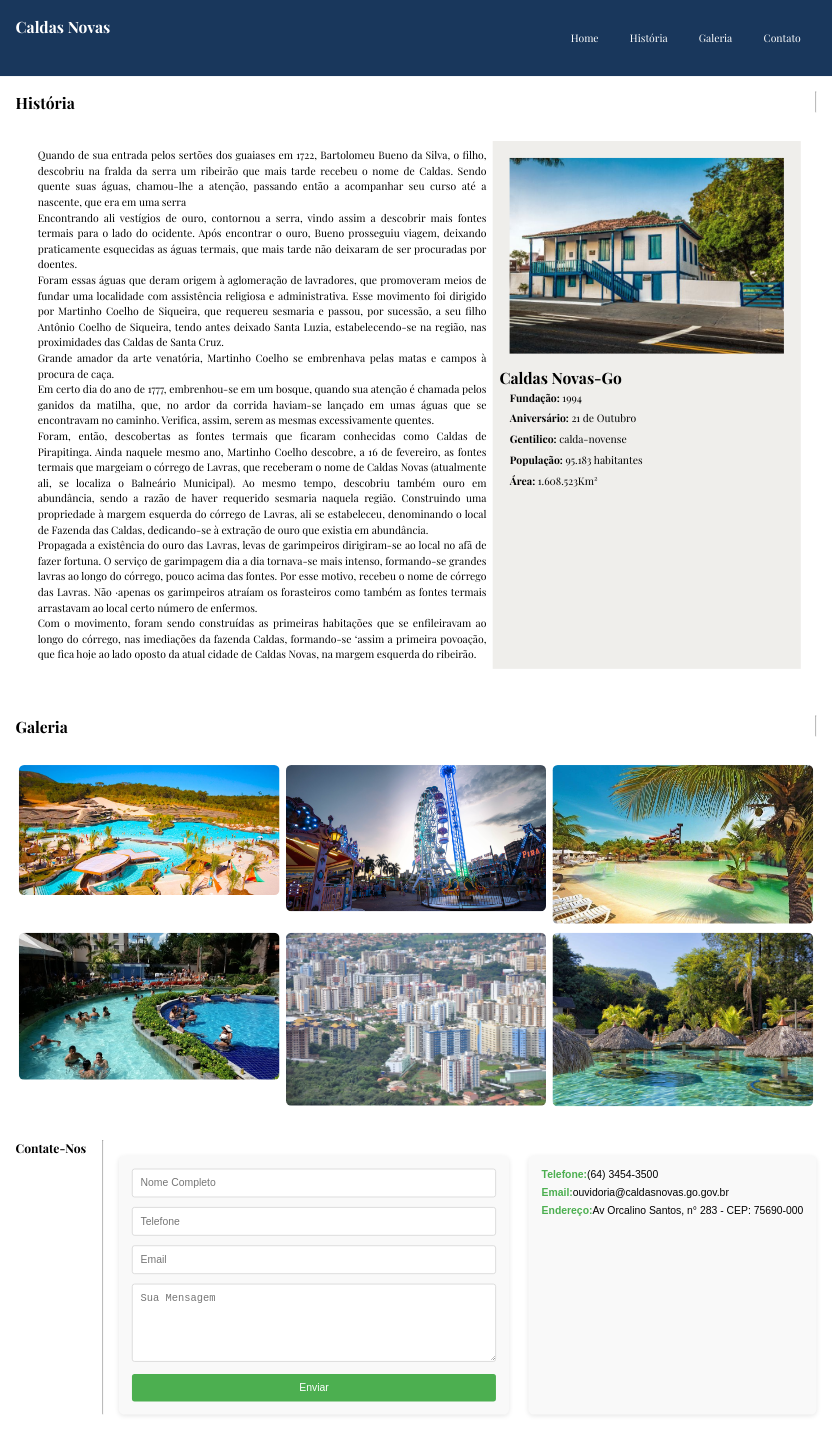
Repository: AbiezerSidonioJoseOdanacaJunior/DesafioLocalTuristico
Page: index.html
The author's editor kept a copy of each file at every save. The page is drawn from the files as they stood at one save, then again after the next save.
The browser window is 1280 px wide. The pictures show the whole page, at 65% of full size.
Some web fonts or font styles are not loaded; a fallback is used.

Above is the page before, as saved 2024-11-11 18:06:00.

### index.html
<!DOCTYPE html>
<html lang="pt-br">
<head>
    <link rel="preconnect" href="https://fonts.googleapis.com">
    <link rel="preconnect" href="https://fonts.gstatic.com" crossorigin>
    <meta charset="UTF-8">
    <meta name="viewport" content="width=device-width, initial-scale=1.0">
    <title>Caldas Novas</title>
    <link rel="stylesheet" href="./css/style.css">
    <link href="https://fonts.googleapis.com/css2?family=Alice&family=Playfair+Display:ital,wght@0,400..900;1,400..900&display=swap" rel="stylesheet">
</head>
<body>
    <div id="page">
        <nav>
            <!-- <img src="./img/clds.png" alt="logo Caldas novas"> -->
             <h1>Caldas Novas</h1>
            <ul>
                <li><a href="#home">Home</a></li>
                <li><a href="#history">História</a></li>
                <li><a href="#gallery">Galeria</a></li>
                <li><a href="#contact">Contato</a></li>
            </ul>
        </nav>
        <main>
            <section id="history">
                <h1>História</h1>
                <hr>
               <div id="about">
                <div id="text-history">
                    <p>Quando de sua entrada pelos sertões dos guaiases em 1722, Bartolomeu Bueno da Silva, o filho, descobriu na fralda da serra um ribeirão que mais tarde recebeu o nome de Caldas. Sendo quente suas águas, chamou-lhe a atenção, passando então a acompanhar seu curso até a nascente, que era em uma serra</p>
                    <p>Encontrando ali vestígios de ouro, contornou a serra, vindo assim a descobrir mais fontes termais para o lado do ocidente. Após encontrar o ouro, Bueno prosseguiu viagem, deixando praticamente esquecidas as águas termais, que mais tarde não deixaram de ser procuradas por doentes.</p>
                    <p>Foram essas águas que deram origem à aglomeração de lavradores, que promoveram meios de fundar uma localidade com assistência religiosa e administrativa. Esse movimento foi dirigido por Martinho Coelho de Siqueira, que requereu sesmaria e passou, por sucessão, a seu filho Antônio Coelho de Siqueira, tendo antes deixado Santa Luzia, estabelecendo-se na região, nas proximidades das Caldas de Santa Cruz.</p>
                    <p>Grande amador da arte venatória, Martinho Coelho se embrenhava pelas matas e campos à procura de caça.</p>
                    <p>Em certo dia do ano de 1777, embrenhou-se em um bosque, quando sua atenção é chamada pelos ganidos da matilha, que, no ardor da corrida haviam-se lançado em umas águas que se encontravam no caminho. Verifica, assim, serem as mesmas excessivamente quentes.</p>
                    <p>Foram, então, descobertas as fontes termais que ficaram conhecidas como Caldas de Pirapitinga. Ainda naquele mesmo ano, Martinho Coelho descobre, a 16 de fevereiro, as fontes termais que margeiam o córrego de Lavras, que receberam o nome de Caldas Novas (atualmente ali, se localiza o Balneário Municipal). Ao mesmo tempo, descobriu também ouro em abundância, sendo a razão de haver requerido sesmaria naquela região. Construindo uma propriedade à margem esquerda do córrego de Lavras, ali se estabeleceu, denominando o local de Fazenda das Caldas, dedicando-se à extração de ouro que existia em abundância.</p>
                    <p>Propagada a existência do ouro das Lavras, levas de garimpeiros dirigiram-se ao local no afã de fazer fortuna. O serviço de garimpagem dia a dia tornava-se mais intenso, formando-se grandes lavras ao longo do córrego, pouco acima das fontes. Por esse motivo, recebeu o nome de córrego das Lavras. Não ·apenas os garimpeiros atraíam os forasteiros como também as fontes termais arrastavam ao local certo número de enfermos.</p>
                    <p>Com o movimento, foram sendo construídas as primeiras habitações que se enfileiravam ao longo do córrego, nas imediações da fazenda Caldas, formando-se ‘assim a primeira povoação, que fica hoje ao lado oposto da atual cidade de Caldas Novas, na margem esquerda do ribeirão.</p>
                </div>
                <div id="image-history">
                    <img src="./img/imghistory.jpg" alt="Imagem Caldas">
                    <h2>Caldas Novas-Go</h2>
                    <p><b>Fundação:</b> 1994 </p>
                    <p><b>Aniversário:</b> 21 de Outubro </p>
                    <p><b>Gentilico:</b> calda-novense </p>
                    <p><b>População:</b> 95.183 habitantes</p>
                    <p><b>Área:</b> 1.608.523Km²</p>
                </div>
               </div>
            </section>
            <section id="gallery">
                <h2>Galeria</h2>
                <hr>
            <div id="fotos">
                <div class="fotos-item">
                    <img src="./img/foto1.jpg" alt=" foto caldas">
                </div>
                <div class="fotos-item">
                    <img src="./img/foto2.jpg" alt=" foto caldas">
                </div>
                <div class="fotos-item">
                    <img src="./img/foto3.jpg" alt=" foto caldas">
                </div>
                <div class="fotos-item">
                    <img src="./img/foto4.jpg" alt=" foto caldas">
                </div>
                <div class="fotos-item">
                    <img src="./img/foto5.jpg" alt=" foto caldas">
                </div>
                <div class="fotos-item">
                    <img src="./img/foto6.jpg" alt=" foto caldas">
                </div>
            </div>
            </section>
            <section id="contact">
                <h3>Contate-Nos</h3>
                <hr>
                <div id="contatos">
                    <div id="formm">
                        <form action="">
                            <input type="text" placeholder="Nome Completo" >
                            <input type="text" placeholder="Telefone">
                            <input type="email" placeholder="Email">
                            <textarea name="textarea" id="" placeholder="Sua Mensagem"></textarea>
                            <button>Enviar</button>
                        </form>
                    </div>
                    <div id="information">
                        <p><b>Telefone:</b>(64) 3454-3500</p>
                        <p><b>Email:</b>ouvidoria@caldasnovas.go.gov.br</p>
                        <p><b>Endereço:</b>Av Orcalino Santos, n° 283 - CEP: 75690-000</p>
                    </div>
                </div>
            </section>
        </main>
    </div>

</body>
</html>

### css/style.css
* {
    padding: 0;
    margin: 0;
    box-sizing: border-box;
}
body{
    font-family: "Playfair Display", serif;
}

nav {
    display: flex;
    background-color: #19375c;
}

nav img {
    width: 116px;
    height: 92px;
}

nav h1{
    color:#fff;
    padding: 24px;
}

ul{
    display: flex;
    padding: 24px;
    margin-left: auto;
}

ul li {
    padding: 24px;
    list-style: none;
}

ul li a {
    text-decoration: none;
    color: #fff;
}

#history {
    width: 100%;
    height: 100%;
    padding: 24px;
    box-sizing: border-box;

}

#about {
    display: flex;
    width: 100%;
    max-width: 100vw;
    overflow-x: hidden;;
    padding: 24px;
}

#text-history {
    flex: 0 0 60%;
    padding: 10px;
    text-align: justify;
    line-height: 24px;
}

#image-history {
    flex: 0 0 40%; /* Ocupa 25% da largura */
    padding: 10px;
    background-color: #efeeeb;
}

#image-history img {
    max-width: 100%;
    height: auto;
    padding: 16px;
}
#image-history p{
    line-height: 32px;
    padding-left: 16px;
}

#gallery{
    width: 100%;
    height: 100%;
    padding: 24px;
    box-sizing: border-box;

}

#fotos {
    display: flex;
    flex-wrap: wrap;
    gap: 10px;
    max-width: 100%;
    justify-content: center;
    margin-top: 24px;
}

.fotos-item {
    flex: 0 0 calc(33.33% - 10px);
    box-sizing: border-box;
}

.fotos-item img{
    width: 100%;
    height: auto;
    border-radius: 8px;
}

#contact {
    width: 100%;
    height: 100%;
    padding: 24px;
    box-sizing: border-box;
}

#contatos {
    display: flex;
    gap: 10px;
    max-width: 100%;
    justify-content: center;
    margin-top: 24px;
}

/* Estilo para o formulário */
form {
    max-width: 600px; /* Define uma largura máxima para o formulário */
    margin: 0 auto; /* Centraliza o formulário na página */
    padding: 20px; /* Adiciona um pouco de espaço interno */
    background-color: #f9f9f9; /* Cor de fundo suave */
    border-radius: 8px; /* Bordas arredondadas */
    box-shadow: 0 2px 8px rgba(0, 0, 0, 0.1); /* Sombra suave ao redor */
    font-family: Arial, sans-serif; /* Define a fonte */
}

/* Estilo para cada campo de input */
form input, form textarea {
    width: 100%; /* Faz com que o campo ocupe toda a largura */
    padding: 12px; /* Espaçamento interno nos campos */
    margin-bottom: 15px; /* Espaçamento entre os campos */
    border: 1px solid #ccc; /* Borda fina */
    border-radius: 4px; /* Bordas arredondadas */
    font-size: 16px; /* Tamanho da fonte */
}

/* Estilo para o textarea */
form textarea {
    resize: vertical; /* Permite redimensionar o campo verticalmente */
    height: 120px; /* Altura do campo de mensagem */
}

/* Estilo para o botão */
form button {
    width: 100%; /* O botão ocupa toda a largura */
    padding: 12px; /* Espaçamento interno */
    background-color: #4CAF50; /* Cor de fundo verde */
    color: white; /* Cor do texto */
    border: none; /* Remove a borda padrão */
    border-radius: 4px; /* Bordas arredondadas */
    font-size: 16px; /* Tamanho da fonte */
    cursor: pointer; /* Altera o cursor para pointer */
    transition: background-color 0.3s ease; /* Transição suave para a cor de fundo */
}

/* Efeito hover no botão */
form button:hover {
    background-color: #45a049; /* Cor de fundo mais escura ao passar o mouse */
}

/* Estilo para o contêiner com as informações */
#information {
    background-color: #f9f9f9; /* Cor de fundo suave */
    padding: 20px; /* Espaçamento interno */
    border-radius: 8px; /* Bordas arredondadas */
    box-shadow: 0 2px 8px rgba(0, 0, 0, 0.1); /* Sombra suave */
    font-family: Arial, sans-serif; /* Fonte padrão */
    max-width: 500px; /* Largura máxima */
    margin-left: 20px; /* Espaçamento à esquerda para afastar do formulário */
}

/* Estilo para cada linha de informação */
#information p {
    font-size: 16px; /* Tamanho da fonte */
    margin-bottom: 10px; /* Espaçamento entre as linhas */
}

#information b {
    font-weight: bold; /* Deixa o texto do <b> em negrito */
    color: #4CAF50; /* Cor verde para destacar o título de cada informação */
}

/* Estilo para o layout geral (formulário + informações) */
section {
    display: flex; /* Alinha o formulário e as informações lado a lado */
    justify-content: space-between; /* Espaço entre os dois elementos */
    gap: 20px; /* Espaço entre o formulário e a seção de informações */
    flex-wrap: wrap; /* Permite que a seção quebre em telas menores */
    padding: 20px;
}

After the next save:
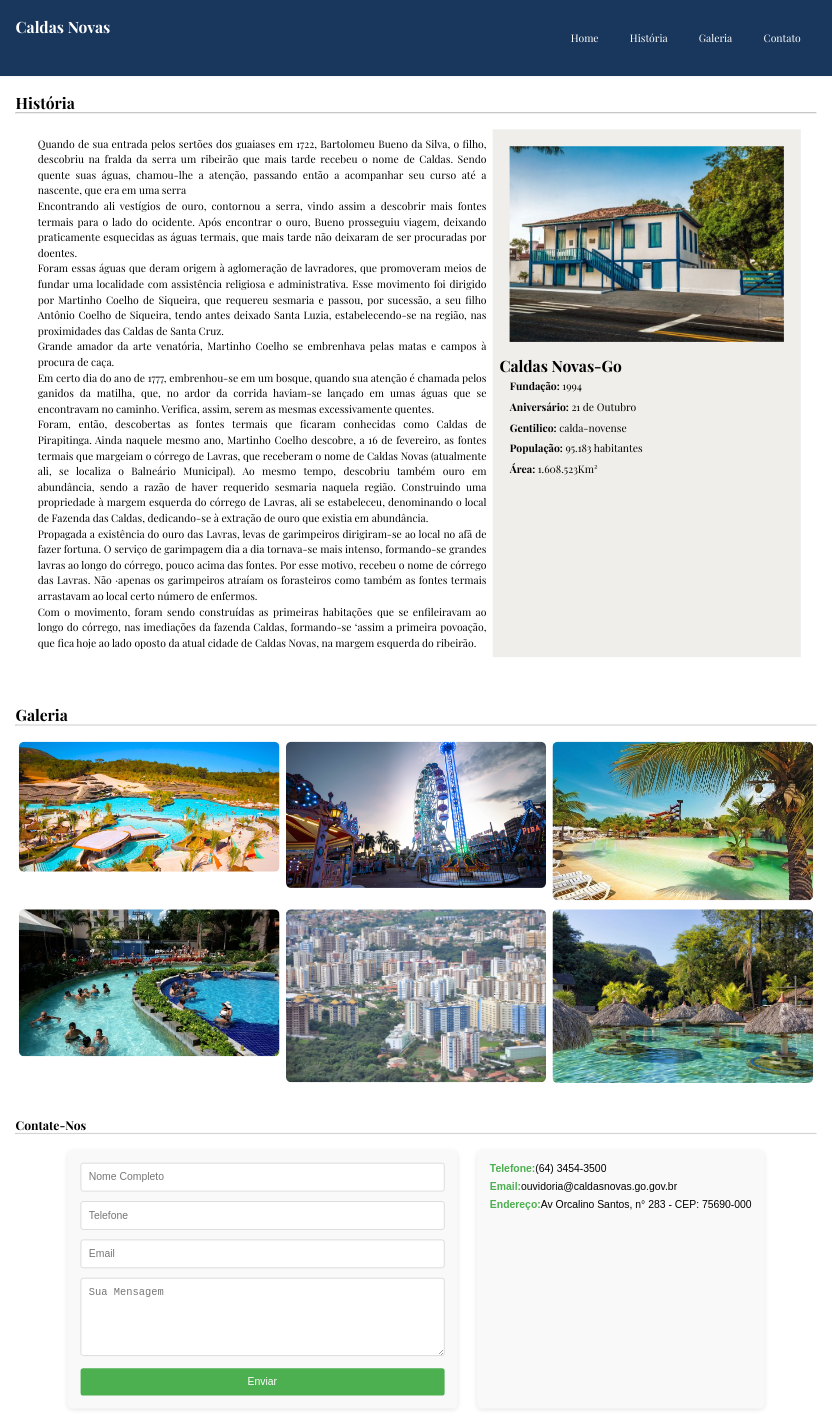
Saved 17 s later.
--- a/css/style.css
+++ b/css/style.css
@@ -186,12 +186,3 @@
     font-weight: bold; /* Deixa o texto do <b> em negrito */
     color: #4CAF50; /* Cor verde para destacar o título de cada informação */
 }
-
-/* Estilo para o layout geral (formulário + informações) */
-section {
-    display: flex; /* Alinha o formulário e as informações lado a lado */
-    justify-content: space-between; /* Espaço entre os dois elementos */
-    gap: 20px; /* Espaço entre o formulário e a seção de informações */
-    flex-wrap: wrap; /* Permite que a seção quebre em telas menores */
-    padding: 20px;
-}
